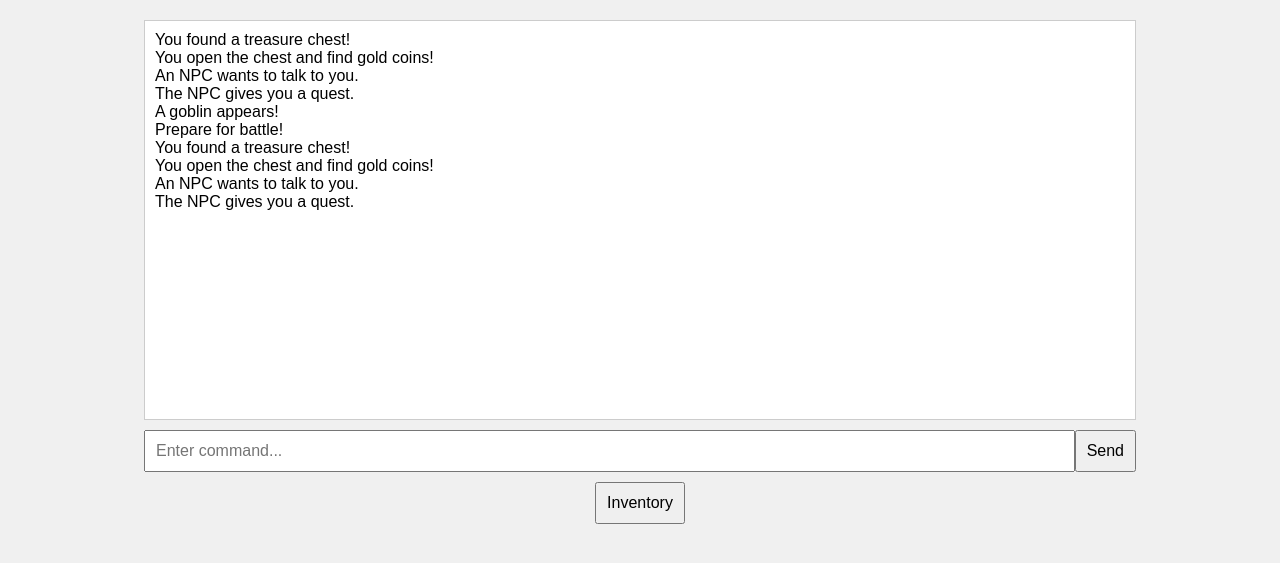
Repository: paragonmac/SUD
Page: index.html
An editor plug-in stored every save of this project. The page is shown before and after a run of saves, followed by the edit.
The browser window is 1280 px wide. The pictures show the whole page.

Above is the page before, as saved 2024-06-29 21:33:54.

After the next 5 saves:
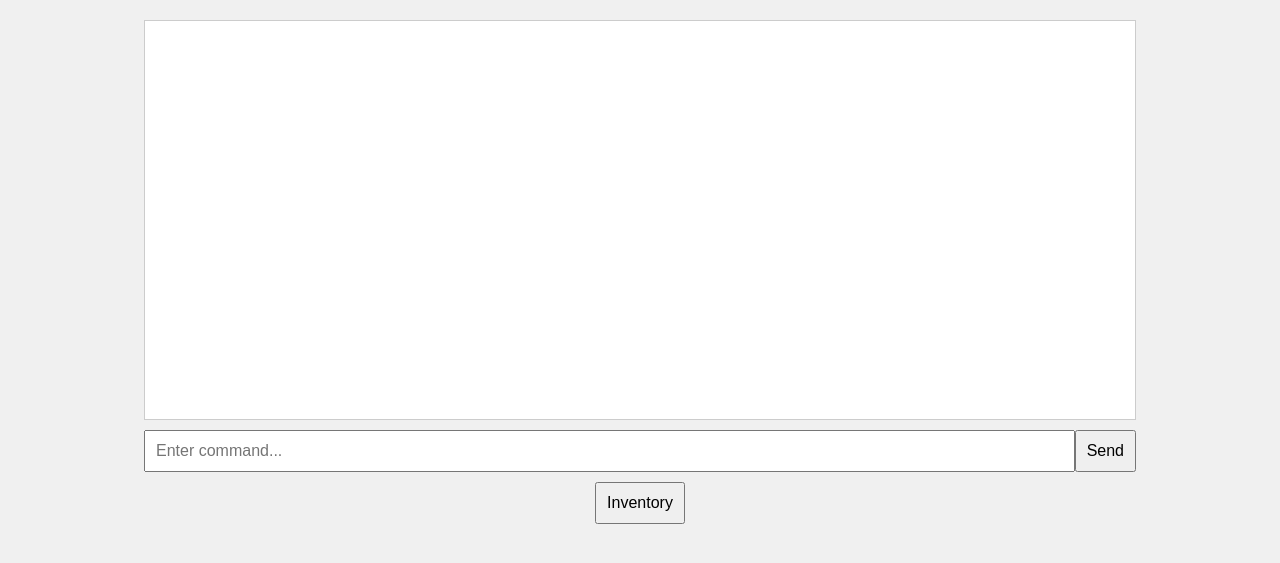
Console error: ReferenceError: events is not defined
The 5 saves are shown as one change because they came seconds apart.
The last was saved 16 s later.
--- a/script.js
+++ b/script.js
@@ -6,12 +6,7 @@ document.addEventListener('DOMContentLoaded', () => {
 
     // Define possible events
 
-    const events = [
-        { type: 'enemy', message: 'A goblin appears!', action: spawnEnemy },
-        { type: 'treasure', message: 'You found a treasure chest!', action: findTreasure },
-        { type: 'trap', message: 'A trap is triggered!', action: triggerTrap },
-        { type: 'npc', message: 'An NPC wants to talk to you.', action: encounterNPC }
-    ];
+
 
     function logToWorld(message) {
         const messageElement = document.createElement('div');
